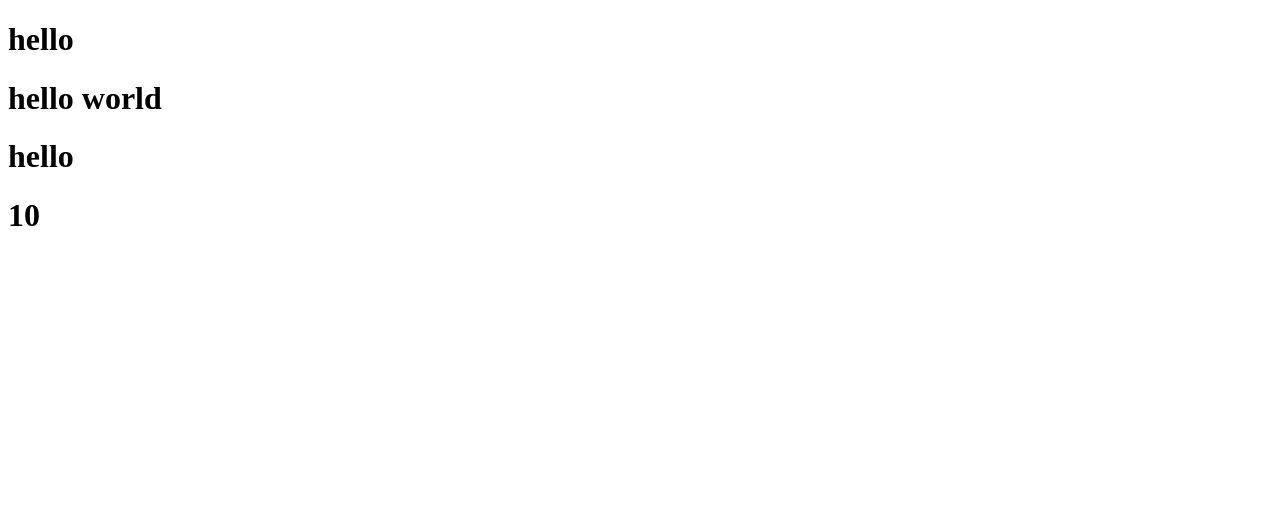
Repository: pro-hk/jsp
Page: http://localhost/chap06/express_language_01.jsp
The author's editor kept a copy of each file at every save. The page is drawn from the files as they stood at one save, then again after the next save.
The browser window is 1280 px wide. The pictures show the whole page.
The page is served by Tomcat 9. Other server files are loaded and not shown.

Above is the page before, as saved 2022-01-25 06:11:58.

### chap06/src/main/webapp/express_language_01.jsp
<%@ page language="java" contentType="text/html; charset=UTF-8"
    pageEncoding="UTF-8"%>
<!DOCTYPE html>
<html>
<head>
<meta charset="UTF-8">
<title>Insert title here</title>
</head>
<body>
	<h1><% out.print("hello"); %></h1>
	<h1><%= "hello world" %></h1>
	<h1>${"hello"}</h1>
	<h1>${10 }</h1>
</body>
</html>

After the next save:
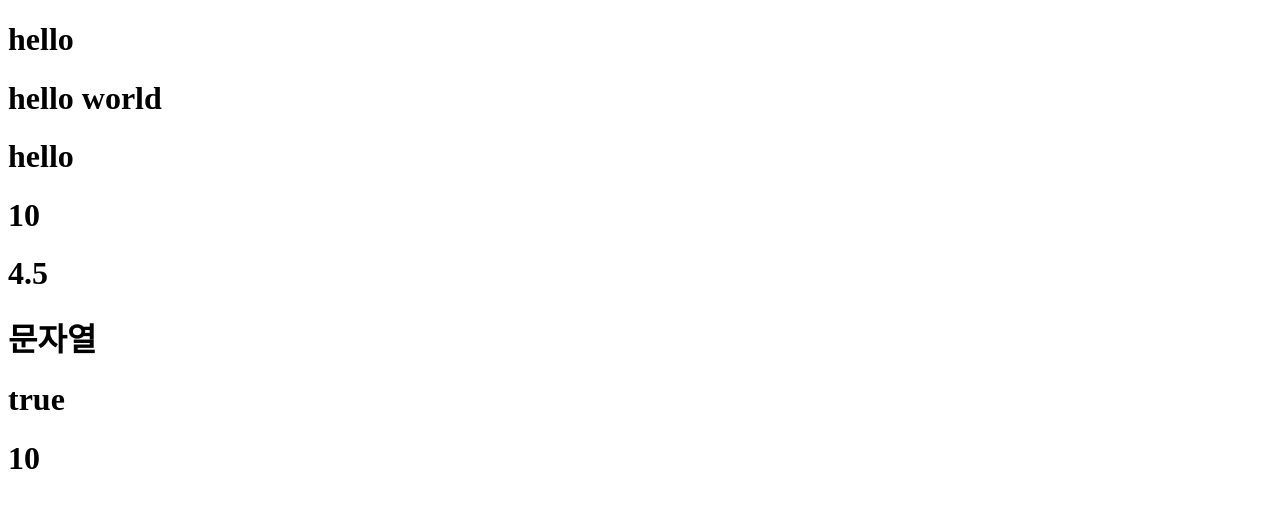
Saved 59 s later.
--- a/chap06/src/main/webapp/express_language_01.jsp
+++ b/chap06/src/main/webapp/express_language_01.jsp
@@ -11,5 +11,9 @@
 	<h1><%= "hello world" %></h1>
 	<h1>${"hello"}</h1>
 	<h1>${10 }</h1>
+	<h1>${4.5 }</h1>
+	<h1>${"문자열" }</h1>
+	<h1>${true }</h1>
+	<h1>${10 }</h1>
 </body>
 </html>
